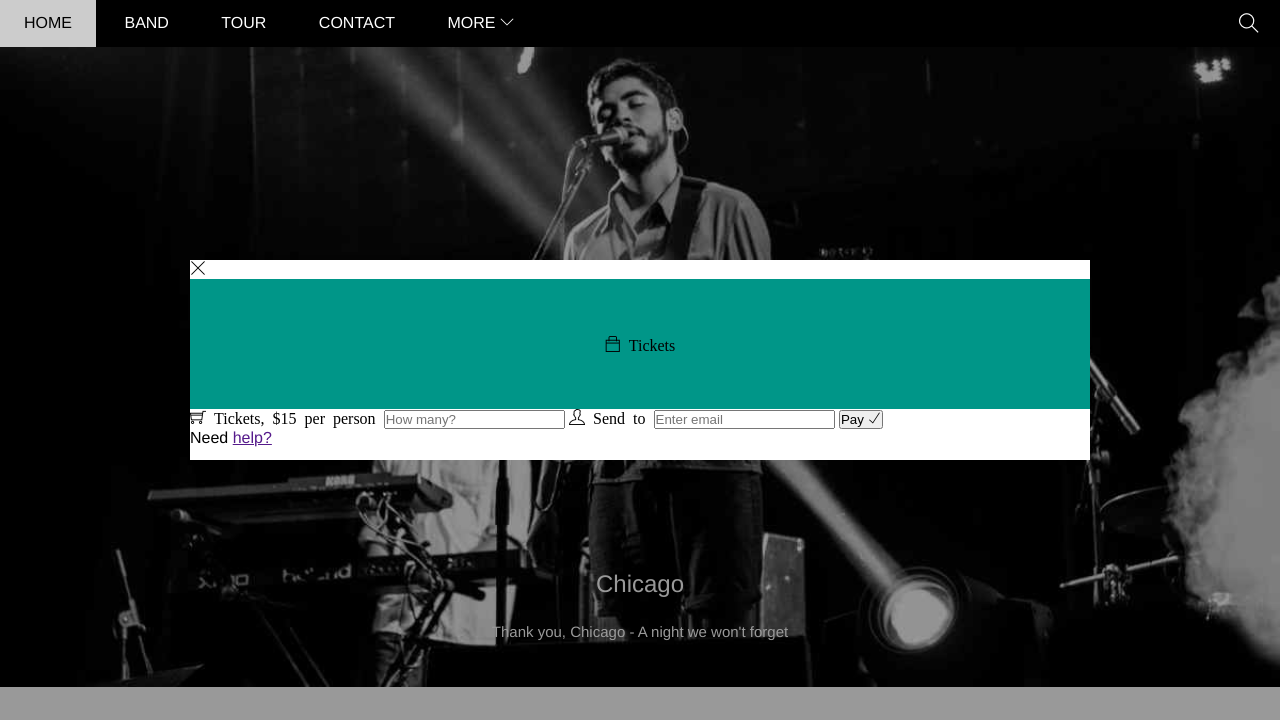
Repository: qhoa25623/The-Band
Page: index.html
The author's editor kept a copy of each file at every save. The page is drawn from the files as they stood at one save, then again after a run of saves.
The browser window is 1280 px wide. The pictures show the window.
A layer covers the whole window, so only the first screen is drawn.

Above is the page before, as saved 2022-04-27 22:33:15.

### index.html
<!DOCTYPE html>
<html lang="en">
  <head>
    <meta charset="UTF-8" />
    <meta http-equiv="X-UA-Compatible" content="IE=edge" />
    <meta name="viewport" content="width=device-width, initial-scale=1.0" />
    <title>Document</title>
    <link rel="stylesheet" href="./assets/css/styles.css" />
    <link
      rel="stylesheet"
      href="./assets/fonts/themify-icons/themify-icons.css"
    />
  </head>
  <body>
    <div id="main">
      <div id="header">
        <ul id="nav">
          <li><a href="">Home</a></li>
          <li><a href="">Band</a></li>
          <li><a href="">Tour</a></li>
          <li><a href="">Contact</a></li>
          <li>
            <a href="">
              More
              <i class="nav-arrow-down ti-angle-down"></i>
            </a>
            <ul class="subnav">
              <li><a href="">Merchandise</a></li>
              <li><a href="">Extras</a></li>
              <li><a href="">Media</a></li>
            </ul>
          </li>
        </ul>
        <div class="search-btn">
          <i class="search-icon ti-search"></i>
        </div>
      </div>
      <div id="slider">
        <div class="text-content">
          <h2 class="text-heading">Chicago</h2>
          <div class="text-description">
            Thank you, Chicago - A night we won't forget
          </div>
        </div>
      </div>
      <div id="content">
        <!-- About section-->
        <div class="content-section">
          <h2 class="section-heading">THE BAND</h2>
          <p class="section-sub-heading">We love music</p>
          <p class="about-text">
            We have created a fictional band website. Lorem ipsum dolor sit
            amet, consectetur adipiscing elit, sed do eiusmod tempor incididunt
            ut labore et dolore magna aliqua. Ut enim ad minim veniam, quis
            nostrud exercitation ullamco laboris nisi ut aliquip ex ea commodo
            consequat. Duis aute irure dolor in reprehenderit in voluptate velit
            esse cillum dolore eu fugiat nulla pariatur. Excepteur sint occaecat
            cupidatat non proident, sunt in culpa qui officia deserunt mollit
            anim id est laborum consectetur adipiscing elit, sed do eiusmod
            tempor incididunt ut labore et dolore magna aliqua. Ut enim ad minim
            veniam, quis nostrud exercitation ullamco laboris nisi ut aliquip ex
            ea commodo consequat.
          </p>
          <div class="member-list">
            <div class="member-item">
              <p class="member-name">Name</p>
              <img
                src="./assets/img/band/member1.jpg"
                alt="Name"
                class="member-img"
              />
            </div>
            <div class="member-item">
              <p class="member-name">Name</p>
              <img
                src="./assets/img/band/member1.jpg"
                alt="Name"
                class="member-img"
              />
            </div>
            <div class="member-item">
              <p class="member-name">Name</p>
              <img
                src="./assets/img/band/member1.jpg"
                alt="Name"
                class="member-img"
              />
            </div>
            <div class="clear"></div>
          </div>
        </div>

        <!-- Tour section-->
        <div class="tour-section">
          <div class="content-section">
            <h2 class="section-heading text-white">TOUR DATES</h2>
            <p class="section-sub-heading text-white">
              Remember to book your tickets!
            </p>
            <ul class="tickets-list">
              <li>September <span class="sold-out">Sold out</span></li>
              <li>October <span class="sold-out">Sold out</span></li>
              <li>November <span class="quantity">3</span></li>
            </ul>
            <!-- Places-->
            <div class="places-list">
              <div class="place-item">
                <img
                  src="./assets/img/places/place1.jpg"
                  alt="New York"
                  class="place-img"
                />
                <div class="place-body">
                  <h3 class="place-heading">New York</h3>
                  <p class="place-time">Fri 27 Nov 2016</p>
                  <p class="place-desc">
                    Praesent tincidunt sed tellus ut rutrum sed vitae justo.
                  </p>
                  <a href="#" class="place-buy-btn">Buy Tickets</a>
                </div>
              </div>

              <div class="place-item">
                <img
                  src="./assets/img/places/place2.jpg"
                  alt="New York"
                  class="place-img"
                />
                <div class="place-body">
                  <h3 class="place-heading">Paris</h3>
                  <p class="place-time">Sat 28 Nov 2016</p>
                  <p class="place-desc">
                    Praesent tincidunt sed tellus ut rutrum sed vitae justo.
                  </p>
                  <a href="#" class="place-buy-btn">Buy Tickets</a>
                </div>
              </div>

              <div class="place-item">
                <img
                  src="./assets/img/places/place3.jpg"
                  alt="New York"
                  class="place-img"
                />
                <div class="place-body">
                  <h3 class="place-heading">San Francisco</h3>
                  <p class="place-time">Sun 29 Nov 2016</p>
                  <p class="place-desc">
                    Praesent tincidunt sed tellus ut rutrum sed vitae justo.
                  </p>
                  <a href="#" class="place-buy-btn">Buy Tickets</a>
                </div>
              </div>
              <div class="clear"></div>
            </div>
          </div>
        </div>

        <!-- Contact section-->
        <div class="content-section">
          <h2 class="section-heading">CONTACT</h2>
          <p class="section-sub-heading">Fan? Drop a note!</p>
        </div>
      </div>
      <div id="footer"></div>
    </div>
    <div class="modal">
      <div class="modal-container">
        <div class="modal-close">
          <i class="ti-close"></i>
        </div>
        <header class="modal-header">
          <i class="ti-bag"> Tickets </i>
        </header>
        <div class="modal-body">
          <label for="" class="modal-label">
            <i class="ti-shopping-cart"> Tickets, $15 per person </i>
          </label>
          <input type="text" class="modal-input" placeholder="How many?" />

          <label for="" class="modal-label">
            <i class="ti-user"> Send to </i>
          </label>
          <input type="text" class="modal-input" placeholder="Enter email" />

          <button id="buy-tickets">
            Pay
            <i class="ti-check"></i>
          </button>
        </div>
        <footer class="modal-footer">
          <p class="modal-help">
            Need <a href="">help?</a>
          </p>
        </footer>
      </div>
    </div>
  </body>
</html>

### assets/css/styles.css
/* Reset CSS */
* {
  padding: 0;
  margin: 0;
  box-sizing: border-box;
}
html {
  font-family: Helvetica, Arial, sans-serif;
}
.clear {
  clear: both;
}
.text-white {
  color: #fff !important;
}
#main {
}
#header {
  position: fixed;
  top: 0;
  left: 0;
  right: 0;
  height: 46.5px;
  background-color: #000;
  z-index: 1;
}
#nav {
  display: inline-block;
}
#nav,
.subnav {
  list-style-type: none;
}
#nav > li {
  display: inline-block;
}
#nav li {
  position: relative;
}
#nav > li > a {
  color: #fff;
  text-transform: uppercase;
}
#nav li a {
  text-decoration: none;
  line-height: 46.5px;
  padding: 0 24px;
  display: block;
}
#nav li:hover .subnav {
  display: block;
}
#nav > li:hover > a,
#nav .subnav li:hover a {
  color: #000;
  background-color: #ccc;
}
#nav .subnav {
  min-width: 160px;
  top: 100%;
  left: 0;
  display: none;
  position: absolute;
  background-color: #fff;
  box-shadow: 0 0 10px rgba(0, 0, 0, 0.3);
}
#nav .subnav a {
  color: #000;
  padding: 0 16px;
  line-height: 38.5px;
}
#nav .nav-arrow-down {
  font-size: 14px;
}
#header .search-btn {
  float: right;
  padding: 0 21px;
}
#header .search-btn:hover {
  background-color: #f44336;
}
#header .search-icon {
  color: #fff;
  font-size: 20px;
  line-height: 46.5px;
}
#slider {
  position: relative;
  margin-top: 46.5px;
  padding-top: 50%;
  background: url("/assets/img/slider/slider1.jpg") top center / cover no-repeat;
}
#slider .text-content {
  position: absolute;
  bottom: 47px;
  color: #fff;
  left: 50%;
  transform: translateX(-50%);
  text-align: center;
}
#slider .text-heading {
  font-weight: 500;
  font-size: 24px;
}
#slider .text-description {
  font-size: 15px;
  margin-top: 25px;
}
#content {
}
#content .content-section {
  width: 800px;
  padding: 64px 0;
  margin-left: auto;
  margin-right: auto;
}
#content .section-heading {
  font-weight: 500;
  text-align: center;
  font-size: 30px;
  letter-spacing: 3px;
}
#content .section-sub-heading {
  text-align: center;
  font-size: 15px;
  margin-top: 25px;
  font-style: italic;
  opacity: 0.6;
}
#content .about-text {
  font-size: 15px;
  margin-top: 25px;
  text-align: justify;
  line-height: 1.4;
}
#content .member-list {
  margin-top: 47px;
}
#content .member-item {
  float: left;
  width: calc(100% / 3);
  text-align: center;
}
#content .member-name {
  font-size: 15px;
}
#content .member-img {
  margin-top: 15px;
  width: 154px;
  border-radius: 4px;
}

.tour-section {
  background: #000;
}
.tickets-list {
  background-color: #fff;
  list-style: none;
  margin-top: 40px;
}
.tickets-list li {
  color: rgb(117, 117, 117);
  font-size: 15px;
  padding: 11px 16px;
  border-bottom: 1px solid rgb(221, 221, 221);
}
.tickets-list .sold-out {
  color: #ffffff;
  background-color: #f44336;
  padding: 3px 4px;
  margin: 0 0 0 16px;
}
.tickets-list .quantity {
  float: right;
  width: 24px;
  height: 22.5px;
  background-color: #000;
  border-radius: 50%;
  text-align: center;
  color: #fff;
  line-height: 22.5px;
  margin-top: -3px;
}
.places-list {
  margin-top: 32px;
  margin-left: -8px;
  margin-right: -8px;
  padding-bottom: 48px;
}
.place-item {
  float: left;
  width: calc(100% / 3);
  padding: 0 8px;
}
.place-img {
  width: 100%;
  display: block;
}
.place-img:hover {
  opacity: 0.6;
}
.place-body {
  background-color: #fff;
  padding: 16px 16px;
  font-size: 15px;
}
.place-heading {
  font-size: 15px;
  font-weight: 550;
}
.place-time {
  margin-top: 15px;
  color: #757575;
}
.place-desc {
  margin-top: 15px;
  line-height: 1.4;
}
.place-buy-btn {
  color: #fff;
  background-color: #000;
  text-decoration: none;
  display: inline-block;
  margin-top: 15px;
  padding: 11px 16px;
}

.place-buy-btn:hover {
  color: #000;
  background-color: #ccc;
}
.modal {
  position: fixed;
  top: 0;
  right: 0;
  left: 0;
  bottom: 0;
  background: rgba(0, 0, 0, 0.4);
  display: flex;
  align-items: center;
  justify-content: center;
}
.modal-container {
  background: #fff;
  width: 900px;
  min-height: 200px;
}

.modal-header{
  background:#009688;
  height:130px;
  display:flex;
  align-items: center;
  justify-content: center;
  font-size:
}

Loaded but not shown: assets/fonts/themify-icons/themify-icons.css (common file)

After the next 2 saves:
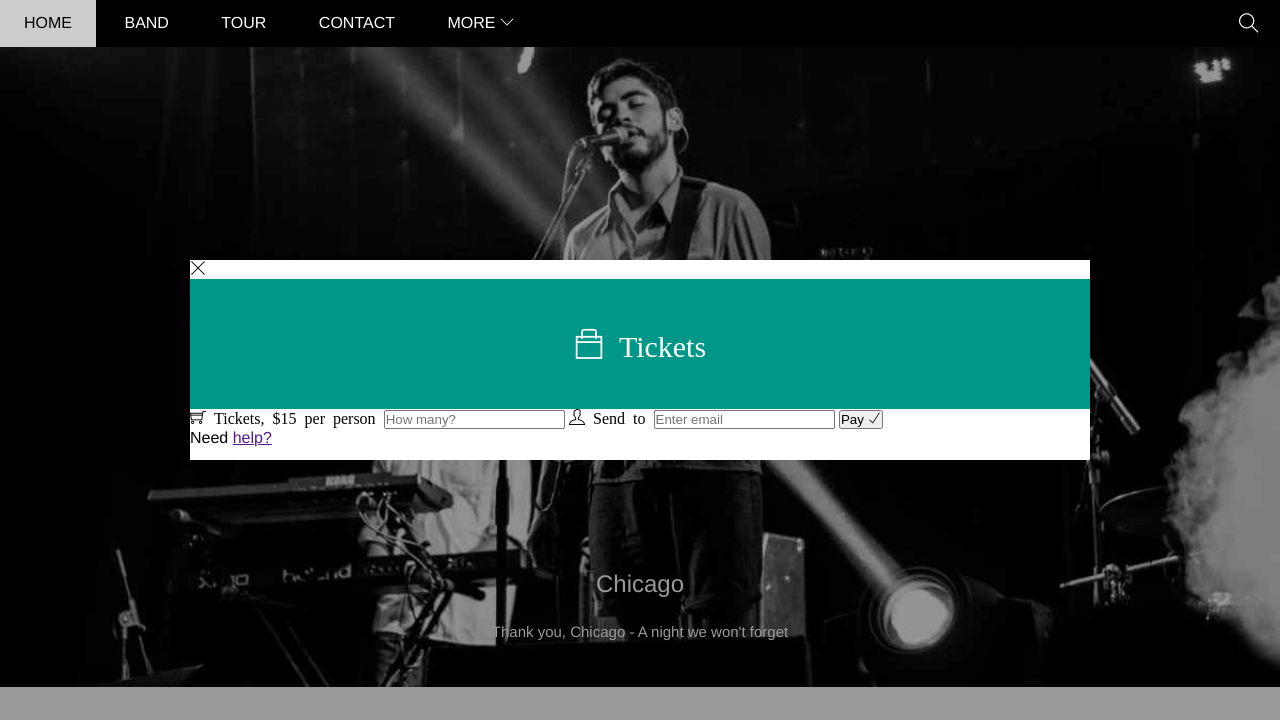
The 2 saves are shown as one change because they came seconds apart.
The last was saved 7 s later.
--- a/assets/css/styles.css
+++ b/assets/css/styles.css
@@ -252,5 +252,6 @@ html {
   display:flex;
   align-items: center;
   justify-content: center;
-  font-size:
-}
+  font-size:30px;
+  color:#fff;
+}
